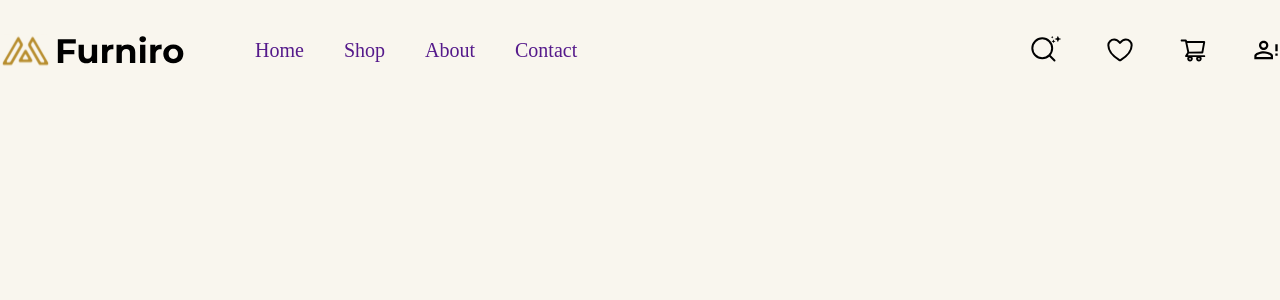
Repository: binhphanbp/furniro-interior_website
Page: index.html
An editor plug-in stored every save of this project. The page is shown before and after the next save, followed by the edit.
The browser window is 1280 px wide. The pictures show the whole page.

Above is the page before, as saved 2025-02-19 21:51:01.

### index.html
<!DOCTYPE html>
<html lang="en">
  <head>
    <meta charset="UTF-8" />
    <meta name="viewport" content="width=device-width, initial-scale=1.0" />
    <title>Furniro</title>

    <!-- Favicon -->
    <link rel="shortcut icon" href="./icons/favicon.ico" type="image/x-icon" />
    <link rel="icon" href="./icons/favicon.ico" type="image/x-icon" />

    <!-- Link CSS -->
    <link rel="stylesheet" href="./src/assets/styles/main.css" />
  </head>
  <body class="homepage">
    <!-- PROGRESS BAR -->
    <div class="progress-container">
      <div class="progress-bar"></div>
    </div>

    <!-- HEADER -->
    <header class="header">
      <div class="container">
        <nav class="header__menu">
          <a class="header__logo" href="#">
            <img src="./icons/furniro-logo-type.svg" alt="logo-furniro" />
          </a>
          <ul class="header__menu-list">
            <li>
              <a href="" class="avtive">home</a>
            </li>
            <li>
              <a href="">shop</a>
            </li>
            <li>
              <a href="">about</a>
            </li>
            <li>
              <a href="">contact</a>
            </li>
          </ul>
        </nav>
        <ul class="header__icons">
          <a href="#" class="header__icons-item">
            <img src="./icons/icon-search.svg" alt="icon-search" />
          </a>
          <a href="#" class="header__icons-item">
            <img src="./icons/icon-heart.svg" alt="icon-heart" />
          </a>
          <a href="#" class="header__icons-item">
            <img src="./icons/icon-cart.svg" alt="icon-cart"
          /></a>
          <a href="#" class="header__icons-item">
            <img src="./icons/icon-account-alert.svg" alt="icon-account" />
          </a>
        </ul>
      </div>
    </header>

    <!-- MAIN -->
    <main class="main">
      <!-- Section Hero -->
      <section class="schero">
        <div class="container"></div>
      </section>

      <!-- Section Menu -->
      <section class="scmenu">
        <div class="container"></div>
      </section>

      <!-- Section Services -->
      <section class="scservices">
        <div class="container"></div>
      </section>

      <!-- Section Delivery -->
      <section class="scdelivery">
        <div class="container"></div>
      </section>

      <!-- Section Our Customers -->
      <section class="sccustomers">
        <div class="container"></div>
      </section>

      <!-- Section Our Blog -->
      <section class="scblog">
        <div class="container"></div>
      </section>
    </main>

    <!-- FOOTER -->
    <footer class="footer">
      <div class="container"></div>
    </footer>

    <!-- JavaScript -->
    <script type="module" src="./src/scripts/main.js"></script>
  </body>
</html>

### src/assets/styles/main.css
/* Reset CSS */
@import './base/reset.css';

/* Font */
@import './base/variables.css';
@import './base/fonts.css';

/* Layouts (General Structure) */
@import './base/layouts.css';

/* Components */
@import './components/header.css';
@import './components/footer.css';
@import './components/components.css';

/* Pages */
@import './pages/home.css';
@import './pages/shop.css';
@import './pages/shop-details.css';
@import './pages/cart.css';
@import './pages/checkout.css';
@import './pages/product-comparison.css';
@import './pages/blog.css';
@import './pages/contact.css';

### src/assets/styles/base/reset.css
* {
  margin: 0;
  padding: 0;
  border: 0;
  font-size: 100%;
  font: inherit;
  vertical-align: baseline;
  box-sizing: border-box;
}
body {
  line-height: 1;
}
ol,
ul {
  list-style: none;
}
blockquote,
q {
  quotes: none;
}
blockquote:before,
blockquote:after,
q:before,
q:after {
  content: '';
  content: none;
}
table {
  border-collapse: collapse;
  border-spacing: 0;
}
img,
object,
embed {
  max-width: 100%;
}

a {
  text-decoration: none;
  outline: 0;
}
strong {
  font-family: db;
}
sub {
  vertical-align: sub;
  font-size: smaller;
}
sup {
  vertical-align: super;
  font-size: smaller;
}

### src/assets/styles/base/variables.css
:root {
  /* Page Setting Variables */
  --max-width-page: 2560px;
  --max-width-container-fluid: 1920px;
  --max-width-container: calc(1236px + calc(var(--gap) * 2));

  --gap: 30px;
  --pd-left-right: 20px;

  /* Color Variables */
  --primary-cl: #b88e2f;
  --secondary-cl: #fff3e3;
  --tertiary-cl: #f3e9dc;

  --white-page-cl: #f9f6ee;
  --black-cl: #0b1215;

  --gray-dark-cl: #898989;
  --gray-light-cl: #9f9f9f;
  --product-hover: #3a3a3a;

  --red-cl: #e97171;
  --green-cl: #2ec1ac;
  --purple-cl: #816dfa;

  /* Font-size, Line-height, Letter-spacing Variables: */
  --fs-h1: 5.6rem;
  --lh-h1: 6.5rem;
  --ls-h1: 2px;

  --fs-h2: 4rem;
  --lh-h2: 4.8rem;
  --ls-h2: 0.25px;

  --fs-h3: 2.4rem;
  --lh-h3: 2.8rem;
  --ls-h3: 0.1px;

  --fs-text-button: 1.6rem;
  --lh-text-button: 2.4rem;
  --ls-text-button: 0.2px;

  --fs-body: 1.6rem;
  --lh-body: 2.4rem;
  --ls-body: 0.2px;

  /* Fonts: */
  --font-body: ppr;
  --font-body-light: ppl;
  --font-body-medium: ppm;
  --font-body-semibold: ppsb;
  --font-body-bold: ppb;

  /* General Variables */
  --height-header: 100px;
  --height-footer: 505px;
  --height-button-large: 74px;
  --height-button-medium: 64px;
  --height-button-small: 48px;
  --pd-section: 60px;

  /* Timing Transition Variables: */
  --duration: 0.4s;
  --cubic: cubic-bezier(0.59, 0.29, 0.15, 0.93);
}

### src/assets/styles/base/fonts.css
@font-face {
  font-family: 'ppl';
  src: url('../../fonts/Poppins-Light.woff2') format('woff2'),
    url('../../fonts/Poppins-Light.woff') format('woff');
  font-weight: 300;
  font-style: normal;
  font-display: swap;
}

@font-face {
  font-family: 'ppr';
  src: url('../../fonts/Poppins-Regular.woff2') format('woff2'),
    url('../../fonts/Poppins-Regular.woff') format('woff');
  font-weight: normal;
  font-style: normal;
  font-display: swap;
}

@font-face {
  font-family: 'ppm';
  src: url('../../fonts/Poppins-Medium.woff2') format('woff2'),
    url('../../fonts/Poppins-Medium.woff') format('woff');
  font-weight: 500;
  font-style: normal;
  font-display: swap;
}

@font-face {
  font-family: 'ppsb';
  src: url('../../fonts/Poppins-SemiBold.woff2') format('woff2'),
    url('../../fonts/Poppins-SemiBold.woff') format('woff');
  font-weight: 600;
  font-style: normal;
  font-display: swap;
}

@font-face {
  font-family: 'ppb';
  src: url('../../fonts/Poppins-Bold.woff2') format('woff2'),
    url('../../fonts/Poppins-Bold.woff') format('woff');
  font-weight: bold;
  font-style: normal;
  font-display: swap;
}

### src/assets/styles/base/layouts.css
html {
  font-size: 62.5%;

  scroll-behavior: smooth;

  /* CUSTOM SCROLLBAR */
  /* width */
  ::-webkit-scrollbar {
    width: 10px;
  }
  /* Track */
  ::-webkit-scrollbar-track {
    background: var(--gray-light-cl);
  }
  /* Handle */
  ::-webkit-scrollbar-thumb {
    background: var(--primary-cl);
    border-radius: 40px;
  }
  /* Handle on hover */
  ::-webkit-scrollbar-thumb:hover {
    background: var(--gray-dark-cl);
  }
}

body {
  background-color: var(--white-page-cl);
  color: var(--black-cl);
}

.container {
  max-width: var(--max-width-container);
  margin: 0 auto;
}

### src/assets/styles/components/header.css
.header {
  height: var(--height-header);
}

.header .container {
  display: flex;
  align-items: center;
  justify-content: space-between;
  height: 100%;
}

.header .header__menu {
  display: flex;
  align-items: center;
  gap: 50px;
}

/* Header Menu */
.header .header__menu .header__menu-list {
  display: flex;
}

.header .header__menu .header__menu-list li a {
  padding: 8px var(--pd-left-right);
  text-transform: capitalize;
  font-size: 2rem;
}

/* Header Icons */
.header .header__icons {
  display: flex;
  gap: 45px;
}

### src/assets/styles/components/components.css
img {
  max-width: 100%;
  -webkit-user-select: none;
  -moz-user-select: none;
  -ms-user-select: none;
  user-select: none;
  display: block;
  outline: 0;
  object-fit: contain;
}

img .--center {
  margin: 0 auto;
  display: block;
}

.--hidden {
  display: none;
}

/* Variable */

/* Progress Bar */
.progress-container {
  position: fixed;
  top: 0;
  left: 0;
  width: 100%;
  height: 5px;
  background: var(--white-page-cl);
}

.progress-bar {
  height: 100%;
  background: var(--primary-cl);
  width: 0%;

  /* Scroll-driven animation */
  animation: grow linear;
  animation-timeline: scroll();
}

@keyframes grow {
  from {
    width: 0%;
  }
  to {
    width: 100%;
  }
}

/* Heading */
.heading {
  font-family: prb;
  color: var(--black-cl);
  text-transform: uppercase;
}
.heading .--h1 {
  font-size: var(--fs-h1);
  line-height: var(--lh-h1);
  letter-spacing: var(--ls-h1);
}
.heading .--h2 {
  font-size: var(--fs-h2);
  line-height: var(--lh-h2);
  letter-spacing: var(--ls-h2);
}
.heading .--h3 {
  font-size: var(--fs-h3);
  line-height: var(--lh-h3);
  letter-spacing: var(--ls-h3);
}
.heading .--yellow-cl {
  color: var(--black-cl);
}
.heading .--white-cl {
  color: var(--gray-light-cl);
}

/* Textbox */

/* Button */
.btn {
  height: 64px;
  padding: 0 32px;
  background-color: var(--primary-cl);
  color: var(--white-cl);
}

Loaded but not shown: src/scripts/main.js (no stored copy; drawn as an empty file); src/assets/styles/components/footer.css (no stored copy; drawn as an empty file); src/assets/styles/pages/home.css (no stored copy; drawn as an empty file); src/assets/styles/pages/shop.css (no stored copy; drawn as an empty file); src/assets/styles/pages/shop-details.css (no stored copy; drawn as an empty file); src/assets/styles/pages/cart.css (no stored copy; drawn as an empty file); src/assets/styles/pages/checkout.css (no stored copy; drawn as an empty file); src/assets/styles/pages/product-comparison.css (no stored copy; drawn as an empty file); src/assets/styles/pages/blog.css (no stored copy; drawn as an empty file); src/assets/styles/pages/contact.css (no stored copy; drawn as an empty file)

After the next save:
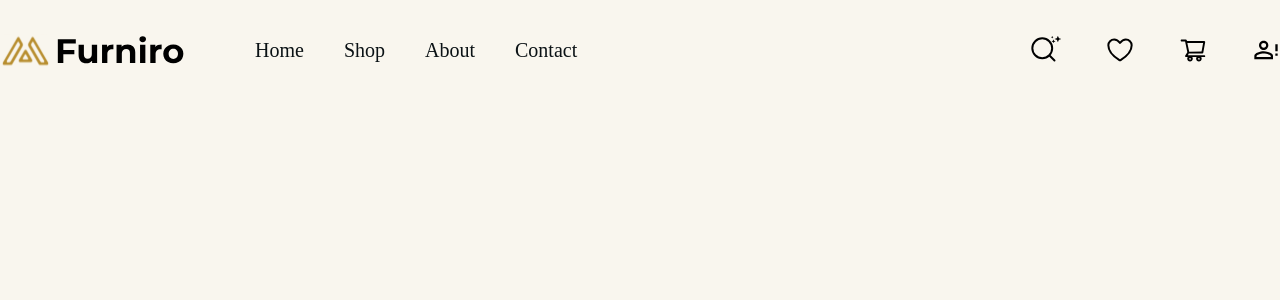
Saved 5 min 4 s later.
--- a/src/assets/styles/components/header.css
+++ b/src/assets/styles/components/header.css
@@ -24,6 +24,7 @@
   padding: 8px var(--pd-left-right);
   text-transform: capitalize;
   font-size: 2rem;
+  color: var(--black-cl);
 }
 
 /* Header Icons */
